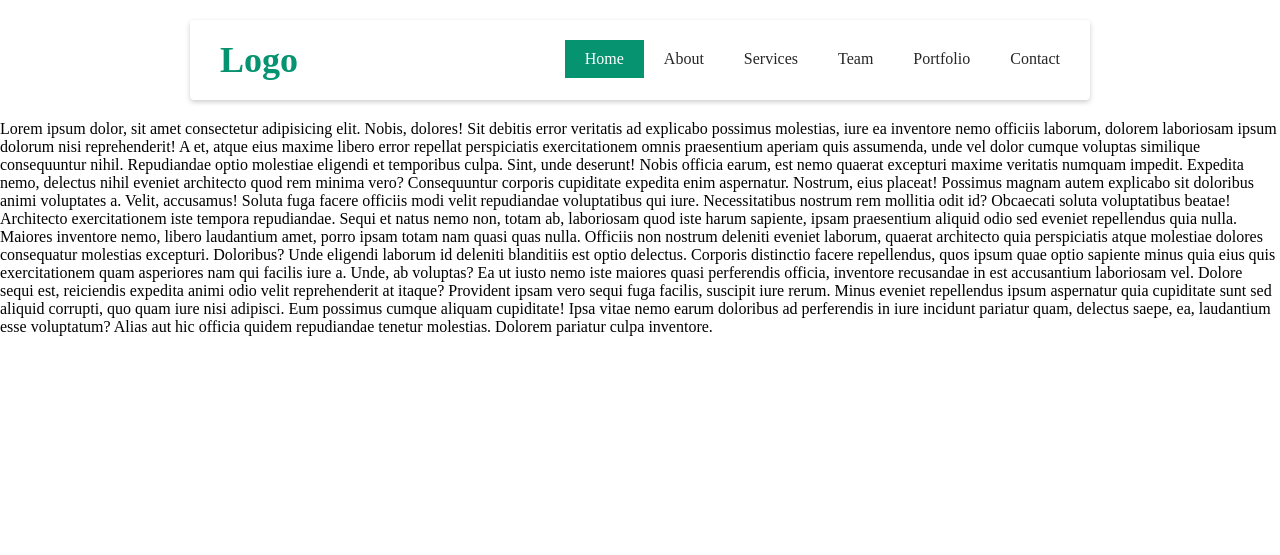
Repository: Sirius018/InventoryGenius
Page: http://localhost/Home
These files come from the project's save history. The page is drawn as it stood at one moment and after the next save; the edit follows.
The browser window is 1280 px wide. The pictures show the whole page.
The page is this project's Thymeleaf template; nobody is signed in. The template is opened directly, without the code that normally fills it, so the values that code supplies are empty.

Above is the page before, as saved 2023-06-05 03:25:29.

### ADW/InventoryGenius/src/main/resources/templates/Home.html
<!DOCTYPE html>
<html lang="en" xmlns:th="http://www.thymeleaf.org">
<head>
    <meta charset="UTF-8">
    <meta http-equiv="X-UA-Compatible" content="IE=edge">
    <meta name="viewport" content="width=device-width, initial-scale=1.0">
    <link href="https://stackpath.bootstrapcdn.com/font-awesome/4.7.0/css/font-awesome.min.css" rel="stylesheet">
    <link rel="stylesheet" href="../static/css/home.css">
    <title>Practica 50</title>
</head>
<body>

<header>
        <div class="header">
            <a class="logo" href="#">Logo</a>
        <div class="menu-toggle"></div>
        <nav>
            <ul>
                <li><a class="active" href="#">Home</a></li>
                <li><a href="#">About</a></li>
                <li><a href="#">Services</a></li>
                <li><a href="#">Team</a></li>
                <li><a href="#">Portfolio</a></li>
                <li><a href="#">Contact</a></li>
            </ul>
        </nav>
        <div class="clearfix"></div>
        </div>
    </header>
    <div>
        Lorem ipsum dolor, sit amet consectetur adipisicing elit. Nobis, dolores! Sit debitis error veritatis ad explicabo possimus molestias, iure ea inventore nemo officiis laborum, dolorem laboriosam ipsum dolorum nisi reprehenderit!
        A et, atque eius maxime libero error repellat perspiciatis exercitationem omnis praesentium aperiam quis assumenda, unde vel dolor cumque voluptas similique consequuntur nihil. Repudiandae optio molestiae eligendi et temporibus culpa.
        Sint, unde deserunt! Nobis officia earum, est nemo quaerat excepturi maxime veritatis numquam impedit. Expedita nemo, delectus nihil eveniet architecto quod rem minima vero? Consequuntur corporis cupiditate expedita enim aspernatur.
        Nostrum, eius placeat! Possimus magnam autem explicabo sit doloribus animi voluptates a. Velit, accusamus! Soluta fuga facere officiis modi velit repudiandae voluptatibus qui iure. Necessitatibus nostrum rem mollitia odit id?
        Obcaecati soluta voluptatibus beatae! Architecto exercitationem iste tempora repudiandae. Sequi et natus nemo non, totam ab, laboriosam quod iste harum sapiente, ipsam praesentium aliquid odio sed eveniet repellendus quia nulla.
        Maiores inventore nemo, libero laudantium amet, porro ipsam totam nam quasi quas nulla. Officiis non nostrum deleniti eveniet laborum, quaerat architecto quia perspiciatis atque molestiae dolores consequatur molestias excepturi. Doloribus?
        Unde eligendi laborum id deleniti blanditiis est optio delectus. Corporis distinctio facere repellendus, quos ipsum quae optio sapiente minus quia eius quis exercitationem quam asperiores nam qui facilis iure a.
        Unde, ab voluptas? Ea ut iusto nemo iste maiores quasi perferendis officia, inventore recusandae in est accusantium laboriosam vel. Dolore sequi est, reiciendis expedita animi odio velit reprehenderit at itaque?
        Provident ipsam vero sequi fuga facilis, suscipit iure rerum. Minus eveniet repellendus ipsum aspernatur quia cupiditate sunt sed aliquid corrupti, quo quam iure nisi adipisci. Eum possimus cumque aliquam cupiditate!
        Ipsa vitae nemo earum doloribus ad perferendis in iure incidunt pariatur quam, delectus saepe, ea, laudantium esse voluptatum? Alias aut hic officia quidem repudiandae tenetur molestias. Dolorem pariatur culpa inventore.
    </div>



<script src="https://code.jquery.com/jquery-3.6.0.js" integrity="sha256-H+K7U5CnXl1h5ywQfKtSj8PCmoN9aaq30gDh27Xc0jk=" crossorigin="anonymous"></script>
<script src="../static/js/home.js"></script>
</body>
</html>

### ADW/InventoryGenius/src/main/resources/static/css/home.css
/********************************** RESET PROPIEDADES **********************************/
* {
    margin: 0;
    padding: 0;
    box-sizing: border-box;
}
a {
    text-decoration: none;
    color: inherit;
}
ul, ol {
    list-style: none;
}
body, h1, h2, h3, h4, h5, h6, p, ul, ol, li {
    margin: 0;
    padding: 0;
    font-size: 100%;
    font-weight: normal;
}
img {
    display: block;
    max-width: 100%;
    height: auto;
}
input, textarea, button {
    margin: 0;
    padding: 0;
    border: none;
    outline: none;
    background: none;
    font-family: inherit;
    font-size: inherit;
    color: inherit;
    resize: none;
}
button {
    cursor: pointer;
}
li {
    list-style: none;
}
/************************************************************************************************************/





.header{
    position: relative;
    max-width: 900px;
    margin: 20px auto;
    padding: 10px;
    background: #fff;
    box-sizing: border-box;
    border-radius: 4px;
    box-shadow: 0 2px 5px rgba(0,0,0,.2);
}

.logo{
    color: #069370;
    height: 60px;
    line-height: 60px;
    padding: 0 20px;
    font-size: 36px;
    text-align: center;
    float: left;
    font-weight: 700;
    text-decoration: none;
}

nav{
    float: right;
}

.clearfix{
    clear: both;
}

nav ul{
    margin: 0;
    padding: 0;
    display: flex;
}

nav ul li{
    list-style: none;
}

nav ul li a{
    display: block;
    margin: 10px 0;
    padding: 10px 20px;
    text-decoration: none;
    color: #262626;
}

nav ul li a:hover,
nav ul li a.active{
    background: #069370;
    color: #fff;
    transition: .5s;
}

@media (max-width: 900px) {
    header{
        margin: 20px;
    }
}

@media (max-width: 768px) {
    .menu-toggle{
        display: block;
        width: 40px;
        height: 40px;
        margin: 10px;
        float: right;
        cursor: pointer;
        text-align: center;
        font-size: 30px;
        color: #096370;
    }
    .menu-toggle::before{
        content: '\f0c9';
        font-family: fontAwesome;
        line-height: 40px;

    }
    .menu-toggle.active:before{
        content: '\f00d';
    }
    nav{
        display: none;
    }
    nav.active{
        display: block;
        width: 100%;
    }
    nav.active ul{
        display: block;
    }
    nav.active ul li a{
        margin: 0;
    }
}

### ADW/InventoryGenius/src/main/resources/static/js/home.js
$(document).ready(function(){
    $('.menu-toggle').click(function(){
        $('.menu-toggle').toggleClass('active')
        $('nav').toggleClass('active')
    })
})

After the next save:
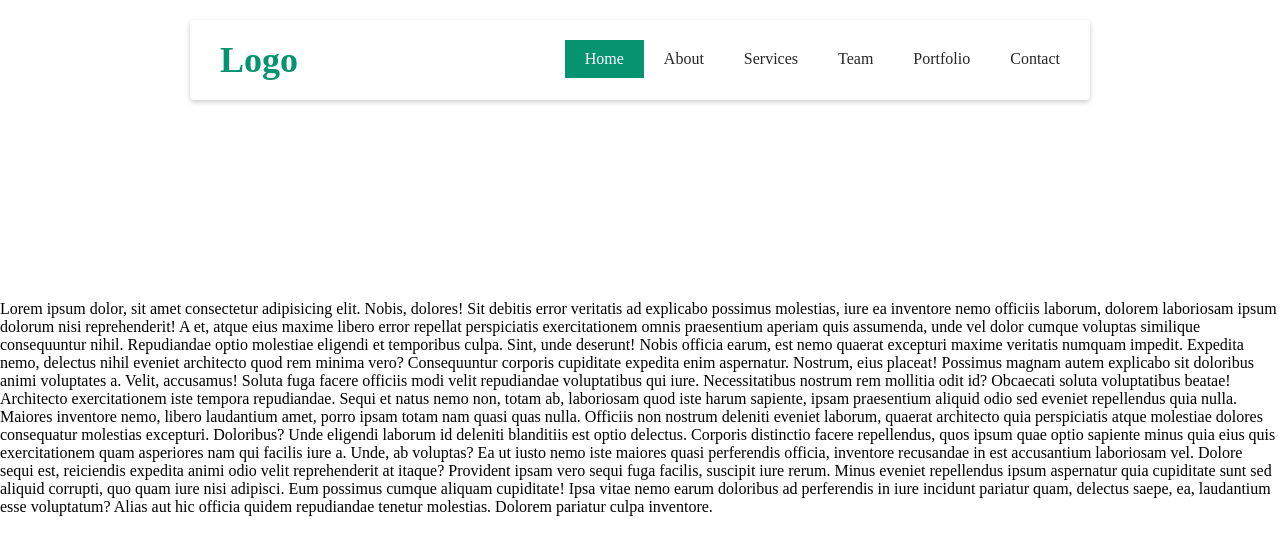
Saved 70 s later.
--- a/ADW/InventoryGenius/src/main/resources/templates/Home.html
+++ b/ADW/InventoryGenius/src/main/resources/templates/Home.html
@@ -27,6 +27,8 @@
         <div class="clearfix"></div>
         </div>
     </header>
+        <br><br><br><br><br><br><br><br><br><br>
+
     <div>
         Lorem ipsum dolor, sit amet consectetur adipisicing elit. Nobis, dolores! Sit debitis error veritatis ad explicabo possimus molestias, iure ea inventore nemo officiis laborum, dolorem laboriosam ipsum dolorum nisi reprehenderit!
         A et, atque eius maxime libero error repellat perspiciatis exercitationem omnis praesentium aperiam quis assumenda, unde vel dolor cumque voluptas similique consequuntur nihil. Repudiandae optio molestiae eligendi et temporibus culpa.
